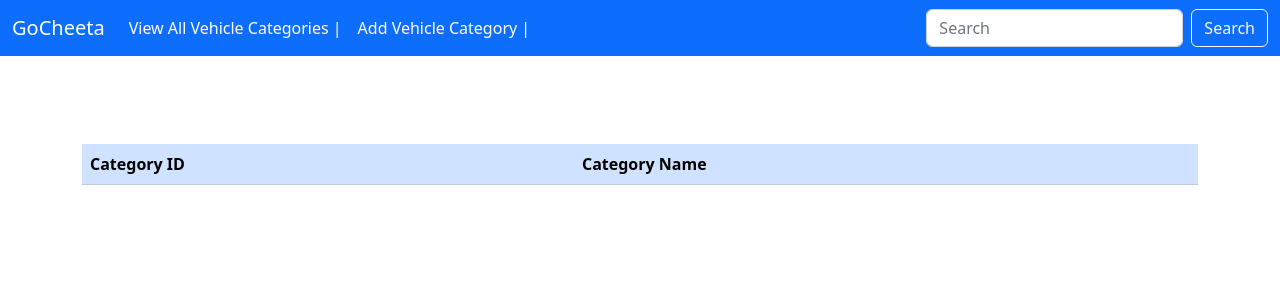
Repository: laksara20/gocheeta
Page: http://localhost/gocheeta-online/VehicleCategory?type=add
The author's editor kept a copy of each file at every save. The page is drawn from the files as they stood at one save, then again after the next save.
The browser window is 1280 px wide. The pictures show the whole page.
The page is served by Tomcat 9. Other server files are loaded and not shown. Queries for data that is not in the repository find no rows.

Above is the page before, as saved 2022-09-16 14:07:21.

### gocheeta-online/src/main/webapp/gocheeta-vehiclecategories.jsp
<%@ page language="java" contentType="text/html; charset=ISO-8859-1"
	pageEncoding="ISO-8859-1" isELIgnored="false"%>

<%@ taglib prefix="tag" uri="http://java.sun.com/jsp/jstl/core"%>

<!DOCTYPE html>

<html>
<head>
<!-- Latest compiled and minified CSS -->
<link
	href="https://cdn.jsdelivr.net/npm/bootstrap@5.2.1/dist/css/bootstrap.min.css"
	rel="stylesheet">

<!-- Latest compiled JavaScript -->
<script
	src="https://cdn.jsdelivr.net/npm/bootstrap@5.2.1/dist/js/bootstrap.bundle.min.js"></script>
<meta charset="ISO-8859-1">
<title>GoCheeta</title>
</head>
<body>
	<nav class="navbar navbar-expand-lg navbar-dark bg-primary">
		<div class="container-fluid">
			<a class="navbar-brand" href="#">GoCheeta</a>
			<button class="navbar-toggler" type="button"
				data-bs-toggle="collapse" data-bs-target="#navbarSupportedContent"
				aria-controls="navbarSupportedContent" aria-expanded="false"
				aria-label="Toggle navigation">
				<span class="navbar-toggler-icon"></span>
			</button>
			<div class="collapse navbar-collapse" id="navbarSupportedContent">
				<ul class="navbar-nav me-auto mb-2 mb-lg-0">
					<li class="nav-item"><a class="nav-link active"
						aria-current="page" href="#">View All Vehicle Categories |</a></li>
					<li class="nav-item"><a class="nav-link active" href="#"> Add
							Vehicle Category |</a></li>
				</ul>
				<form class="d-flex" role="search">
					<input class="form-control me-2" type="search" placeholder="Search"
						aria-label="Search" name="vcid" id="vcid">
					<button class="btn btn-outline-light" type="submit">Search</button>
				</form>
			</div>
		</div>
	</nav>

	<br />
	<p style = "color:red;">${errormsg}</p>
	<br />
	<br />
	<div class="container">
		<table class="table table-striped">
			<thead>
				<tr class="table-primary">
					<th scope="col">Category ID</th>
					<th scope="col">Category Name</th>
				</tr>
			</thead>
			<tbody>
				<tag:forEach var="vehicleCategory" items="${vehicleCategoryList}">
					<tr>
						<td>${vehicleCategory.categoryID}</td>
						<td>${vehicleCategory.categoryName}</td>
					</tr>
				</tag:forEach>
			</tbody>
		</table>
	</div>


</body>
</html>

### gocheeta-online/src/main/java/com/laksara/gocheeta/controller/VehicleCategoryController.java
package com.laksara.gocheeta.controller;

import java.io.IOException;
import java.sql.SQLException;
import java.util.ArrayList;
import java.util.List;

import javax.servlet.RequestDispatcher;
import javax.servlet.ServletException;
import javax.servlet.http.HttpServlet;
import javax.servlet.http.HttpServletRequest;
import javax.servlet.http.HttpServletResponse;
import javax.servlet.http.HttpSession;

import com.laksara.gocheeta.model.VehicleCategory;
import com.laksara.gocheeta.service.VehicleCategoryService;

public class VehicleCategoryController extends HttpServlet {
	private static final long serialVersionUID = 1L;
	VehicleCategoryService vehicleCategoryService;
	String errormsg;

	public VehicleCategoryController() {
		vehicleCategoryService = VehicleCategoryService.getVehicleCategoryService();
	}

	protected void doGet(HttpServletRequest request, HttpServletResponse response)
			throws ServletException, IOException {
		String categoryID = request.getParameter("vcid");
		if (categoryID != null) {
			launchSpecificVehicleCategory(request, response);
		} else {
			launchAllVehicleCategories(request, response);
		}

	}

	protected void doPost(HttpServletRequest request, HttpServletResponse response)
			throws ServletException, IOException {

	}

	private void launchSpecificVehicleCategory(HttpServletRequest request, HttpServletResponse response) throws IOException {

		clearMessage();

		String categoryID = request.getParameter("vcid");
		VehicleCategory vehicleCategory = new VehicleCategory();


			try {
				vehicleCategory = vehicleCategoryService.getVehicleCategory(categoryID);
			} catch (ClassNotFoundException | SQLException e) {
				errormsg = e.getMessage();
			}

		HttpSession session = request.getSession();
		session.setAttribute("errormsg", errormsg);
		session.setAttribute("vehicleCategory", vehicleCategory);


		response.sendRedirect("gocheeta-managevehiclecategories.jsp");

	}

	private void launchAllVehicleCategories(HttpServletRequest request, HttpServletResponse response)
			throws ServletException, IOException {

		List<VehicleCategory> vehicleCategoryList;

		clearMessage();

		try {
			vehicleCategoryList = vehicleCategoryService.getVehicleCategories();
		} catch (ClassNotFoundException | SQLException e) {
			errormsg = e.getMessage();
			vehicleCategoryList = new ArrayList<VehicleCategory>();
		}

		request.setAttribute("vehicleCategoryList", vehicleCategoryList);
		request.setAttribute("errormsg", errormsg);

		RequestDispatcher rd = request.getRequestDispatcher("gocheeta-vehiclecategories.jsp");
		rd.forward(request, response);
	}

	private void clearMessage() {
		errormsg = "";
	}

}

### gocheeta-online/src/main/java/com/laksara/gocheeta/dao/VehicleCategoryFactory.java
package com.laksara.gocheeta.dao;

public class VehicleCategoryFactory {
	public static VehicleCategoryManager getVehicleCategoryManagerInstance() {
		return new VehicleCategoryManagerImpl();

	}
}

### gocheeta-online/src/main/java/com/laksara/gocheeta/dao/VehicleCategoryManager.java
package com.laksara.gocheeta.dao;

import java.sql.SQLException;
import java.util.List;

import com.laksara.gocheeta.model.VehicleCategory;

public interface VehicleCategoryManager {
	public boolean addVehicleCategory(VehicleCategory vehicleCategory) throws ClassNotFoundException, SQLException;
	public VehicleCategory getVehicleCategory(String categoryID) throws ClassNotFoundException, SQLException;
	public List<VehicleCategory> getVehicleCategories() throws ClassNotFoundException, SQLException;
	public boolean updateVehicleCategory(VehicleCategory vehicleCategory) throws ClassNotFoundException, SQLException;
	public boolean deleteVehicleCategory(String categoryID) throws ClassNotFoundException, SQLException;

}

### gocheeta-online/src/main/java/com/laksara/gocheeta/dao/VehicleCategoryManagerImpl.java
package com.laksara.gocheeta.dao;

import java.sql.Connection;
import java.sql.DriverManager;
import java.sql.PreparedStatement;
import java.sql.ResultSet;
import java.sql.SQLException;
import java.sql.Statement;
import java.util.ArrayList;
import java.util.List;

import com.laksara.gocheeta.model.VehicleCategory;

public class VehicleCategoryManagerImpl implements VehicleCategoryManager {

	/*
	 * 1. Import the Package 2. Load the Driver 3. Establish the connection 4.
	 * Create the statement 5. Execute the query 6. Process the result 7. Close the
	 * connection and the statement
	 */

	private Connection getConnection() throws ClassNotFoundException, SQLException {
		MySQLDBConnectorImpl mysql = new MySQLDBConnectorImpl();
		return mysql.getConnection();

	}

	public boolean addVehicleCategory(VehicleCategory vehicleCategory) throws ClassNotFoundException, SQLException {
		Connection connection = getConnection();

		String query = "INSERT INTO vehicle_category(categoryID,categoryName) VALUES(?,?)";
		PreparedStatement ps = connection.prepareStatement(query);
		ps.setString(1, vehicleCategory.getCategoryID());
		ps.setString(2, vehicleCategory.getCategoryName());

		int result = ps.executeUpdate();
		connection.close();

		return result > 0;
	}

	public VehicleCategory getVehicleCategory(String categoryID) throws ClassNotFoundException, SQLException {
		Connection connection = getConnection();
		String query = "SELECT * FROM vehicle_category WHERE categoryID = ?";
		PreparedStatement ps = connection.prepareStatement(query);
		ps.setString(1, categoryID);

		ResultSet rs = ps.executeQuery();

		VehicleCategory vehicleCategory = new VehicleCategory();

		while(rs.next()) {
			vehicleCategory.setCategoryID(rs.getString("categoryID"));
			vehicleCategory.setCategoryName(rs.getString("categoryName"));
		}

		ps.close();
		connection.close();

		return vehicleCategory;
	}

	public List<VehicleCategory> getVehicleCategories() throws ClassNotFoundException, SQLException {
		Connection connection = getConnection();
		String query = "SELECT * FROM vehicle_category";
		Statement st = connection.createStatement();
		ResultSet rs = st.executeQuery(query);

		List<VehicleCategory> vehicleCategoryList  = new ArrayList();


		while(rs.next()) {
			VehicleCategory vehicleCategory = new VehicleCategory();
			vehicleCategory.setCategoryID(rs.getString("categoryID"));
			vehicleCategory.setCategoryName(rs.getString("categoryName"));

			vehicleCategoryList.add(vehicleCategory);
		}

		st.close();
		connection.close();

		return vehicleCategoryList;
	}

	public boolean updateVehicleCategory(VehicleCategory vehicleCategory) throws ClassNotFoundException, SQLException {
		Connection connection = getConnection();
		String query = "UPDATE vehicle_category SET categoryName = ? WHERE categoryID = ?";

		PreparedStatement ps = connection.prepareStatement(query);
		ps.setString(1,vehicleCategory.getCategoryName());
		ps.setString(2, vehicleCategory.getCategoryID());

		int result = ps.executeUpdate();
		ps.close();
		connection.close();

		return result > 0;
	}

	public boolean deleteVehicleCategory(String categoryID) throws ClassNotFoundException, SQLException {
		Connection connection = getConnection();
		String query = "DELETE FROM vehicle_category WHERE categoryID = ?";

		PreparedStatement ps = connection.prepareStatement(query);
		ps.setString(1,categoryID);

		int result = ps.executeUpdate();
		ps.close();
		connection.close();

		return result > 0;
	}

}

### gocheeta-online/src/main/java/com/laksara/gocheeta/dao/DBConnector.java
package com.laksara.gocheeta.dao;

import java.sql.Connection;
import java.sql.SQLException;

public interface DBConnector {
	public Connection getConnection() throws ClassNotFoundException, SQLException;

}

### gocheeta-online/src/main/java/com/laksara/gocheeta/dao/MySQLDBConnectorImpl.java
package com.laksara.gocheeta.dao;

import java.sql.Connection;
import java.sql.DriverManager;
import java.sql.SQLException;

public class MySQLDBConnectorImpl implements DBConnector {

	@Override
	public Connection getConnection() throws ClassNotFoundException, SQLException {
		Class.forName("com.mysql.cj.jdbc.Driver");
		String url = "jdbc:mysql://localhost:3306/gocheeta";
		String username = "root";
		String password = "password";
		Connection connection = DriverManager.getConnection(url, username, password);
		return connection;
	}

}

After the next save:
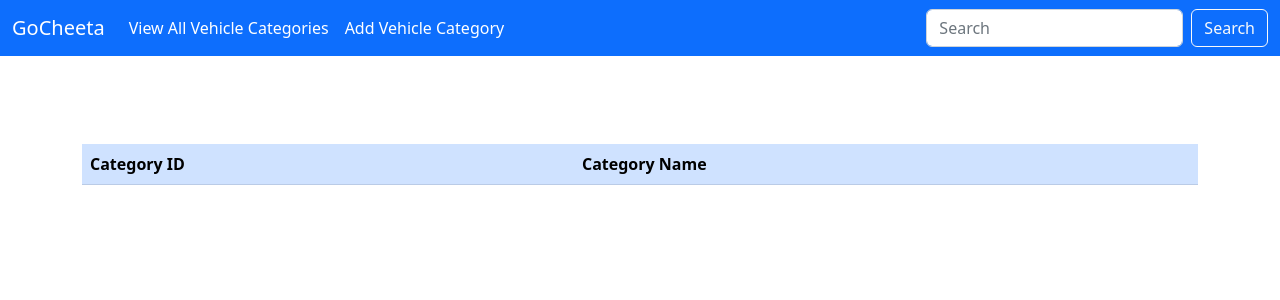
Saved 11 s later.
--- a/gocheeta-online/src/main/webapp/gocheeta-vehiclecategories.jsp
+++ b/gocheeta-online/src/main/webapp/gocheeta-vehiclecategories.jsp
@@ -31,9 +31,9 @@
 			<div class="collapse navbar-collapse" id="navbarSupportedContent">
 				<ul class="navbar-nav me-auto mb-2 mb-lg-0">
 					<li class="nav-item"><a class="nav-link active"
-						aria-current="page" href="#">View All Vehicle Categories |</a></li>
-					<li class="nav-item"><a class="nav-link active" href="#"> Add
-							Vehicle Category |</a></li>
+						aria-current="page" href="#">View All Vehicle Categories</a></li>
+					<li class="nav-item"><a class="nav-link active" href="#">Add
+							Vehicle Category</a></li>
 				</ul>
 				<form class="d-flex" role="search">
 					<input class="form-control me-2" type="search" placeholder="Search"
